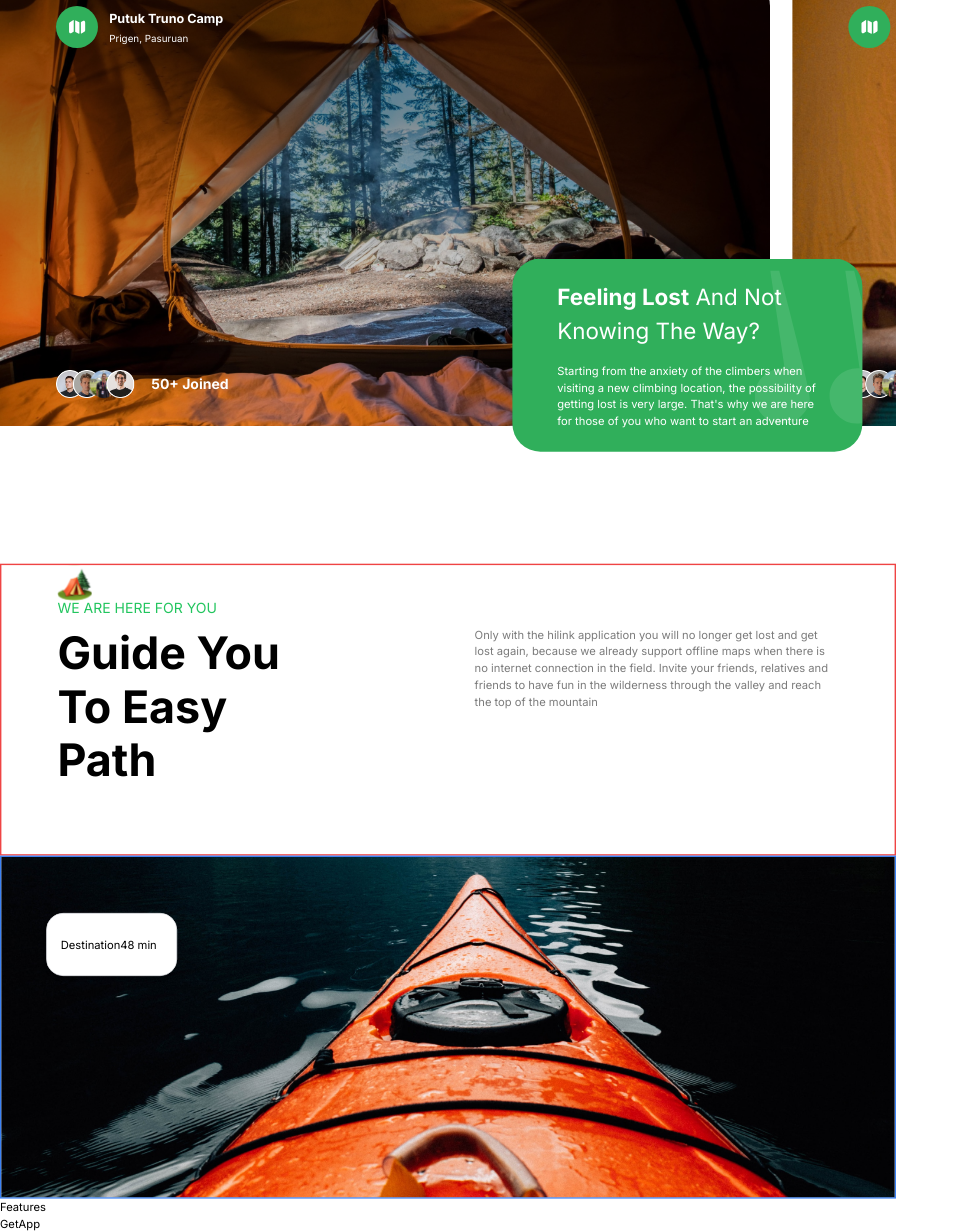
Repository: abdulrahmanmahmood/Travel-App
Page: /
The author's editor kept a copy of each file at every save. The page is drawn from the files as they stood at one save, then again after a run of saves.
The browser window is 1280 px wide. The page is 1392 px wide, so the pictures cover 1392 px, including what lies to the right of the window. The pictures show the part of the page from y = 966 to 2726 px (the page is 2726 px tall), at 70% of full size.
The project was rebuilt for these pictures with package versions that can differ from the ones it lists, and the page was loaded fresh each time. The framework's server and built-in components were replaced by stand-ins that run in the browser. Also part of the build but not shown: next.config.js.

Above is the page before, as saved 2023-11-08 11:08:18.

### app/layout.tsx
import './globals.css'
import type { Metadata } from 'next';
import './globals.css'
import Navbar from '@/components/Navbar';


export const metadata: Metadata = {
  title: 'Travel',
  description: 'Travel UI/UX App for camping',
}

export default function RootLayout({
  children,
}: {
  children: React.ReactNode
}) {
  return (
    <html lang="en">
      <body >
        <Navbar/>
        {children}
      </body>
    </html>
  )
}

### app/page.tsx
import Features from "@/components/Features"
import GetApp from "@/components/GetApp"
import Guide from "@/components/Guide"
import Hero from "@/components/Hero"
import Camp from "@/components/camp"

export default function Home() {
  return (
    <>
    <Hero/>
    <Camp/>
    <Guide/>
    <Features/>
    <GetApp/>
 </>
  )
}

### components/Navbar.tsx
import { NAV_LINKS } from "@/constants";
import Image from "next/image";
import Link from "next/link";
import Button from "./Button";

const Navbar = () => {
  return (
    <nav
      className=" flexBetween max-container padding-container relative z-30
    py-5"
    >
      <Link href="/">
        <Image src="/hilink-logo.svg" alt="logo" width={74} height={28} />
      </Link>
      <ul className="hidden h-full gap-12 lg:flex">
        {NAV_LINKS.map((link) => (
          <Link
            href={link.href}
            key={link.key}
            className="regular-16 text-gray-50 flexCenter cursor-pointer pb-1.5 transition-all hover:font-bold"
          >
            {link.label}
          </Link>
        ))}
      </ul>
      <div className="lg:flexCenter  hidden ">
        <Button
          type="button"
          title="Login"
          icon="/user.svg"
          variant="btn_dark_green"
        />
      </div>
      <Image
        src="/menu.svg"
        alt="menu"
        width={32}
        height={32}
        className="inline-block cursor-pointer lg:hidden"
      />
    </nav>
  );
};

export default Navbar;

### components/Features.tsx


function Features() {
  return (
    <div>Features</div>
  )
}

export default Features

### components/GetApp.tsx


function GetApp() {
  return (
    <div>GetApp</div>
  )
}

export default GetApp

### components/Guide.tsx
import Image from "next/image";

function Guide() {
  return (
    <section className="flexCenter flex-col">
      <div className="border-2 border-red-500 padding-container max-container w-full pb-24  ">
        <Image src="/camp.svg" alt="camp" width={50} height={50} />
        <p className="uppercase text-xl bold text-green-500 -mt-1 mb-3 ">
          WE ARE here FOR YOU
        </p>
        <div className="flex flex-wrap justify-between gap-5 lg:gap-10">
          <h2 className="capitalize  bold-40 lg:bold-64 xl:max-w-[390px]">
            Guide You to Easy Path
          </h2>
          <p className=" regular-16 text-gray-30 xl:max-w-[520px]">
            Only with the hilink application you will no longer get lost and get
            lost again, because we already support offline maps when there is no
            internet connection in the field. Invite your friends, relatives and
            friends to have fun in the wilderness through the valley and reach
            the top of the mountain
          </p>
        </div>
      </div>
      <div className=" flexCenter max-container relative w-full border-2 border-blue-500 ">
        <Image
          src="/boat.png"
          alt="image"
          width={1440}
          height={580}
          className="w-full object-cover object-center 2xl:rounded-5"
        />
        <div className="absolute flex bg-white py-8 pl-5 pr-7 gap-3 rounded-3xl border shadow-md md:left-[5%] lg:top-20">
          <div className="flexBetween flex-col ">
            <div className="flex w-full flex-col">
              <div className="flexBetween w-full ">
                <p>Destination</p>
                <p>48 min</p>
              </div>
            </div>
          </div>
        </div>
      </div>
    </section>
  );
}

export default Guide;

### components/Hero.tsx
import Image from "next/image";
import Button from "./Button";

function Hero() {
  return (
    <section
      className="max-container padding-container flex flex-col gap-20
    py-10 pb-32 md:gap-27 lg:py-20  xl:flex-row"
    >
      <div className="hero-map" />
      {/* LEFT */}
      <div className="relative z-20 flex flex-1 flex-col xl:w-1/2">
        <Image
          src="/camp.svg"
          alt="camp"
          width={50}
          height={50}
          className="absolute left-[-5px] top-[-30px] w-10 lg:w-[50px]"
        />
        <h1 className="bold-52 lg:bold-88">Putuk Truno Camp Area</h1>
        <p className="regular-16 mt-6 text-gray-30 xl:max-w-[520px]">
          We want to be on each of your journeys seeking the satisfaction of
          seeing the incorruptible beauty of nature. We can help you on an
          adventure around the world in just one app
        </p>
        <div className="my-11 flex flex-wrap gap-5">
          <div className="flex items-center gap-2">
            {Array(5)
              .fill(1)
              .map((_, index) => (
                <Image
                  key={index}
                  src="/star.svg"
                  alt="star"
                  width={24}
                  height={24}
                />
              ))}
          </div>
          <p className="bold-16 lg:bold-20 text-blue-70">
            198k
            <span className="regular-16 lg:regular-20 ml-1 ">
              Excellent Reviews
            </span>
          </p>
        </div>
        <div className="flex flex-col w-full gap-3 sm:flex-row">
          <Button
            type={"button"}
            title={"Download App"}
            variant={"btn_green"}
          />
          <Button
            type={"button"}
            title={"How we work?"}
            variant={"btn_white_text"}
            icon="/play.svg"
          />
        </div>
      </div>
      <div className="relative flex flex-1 items-start ">
        <div className="relative z-20 w-[268px] flex-col gap-8 rounded-3xl bg-green-90 px-7 py-8">


          <div className="fle flex-col">

            <div className="flexBetween">
              <p className="regular-16 text-gray-20">Location</p>
              <Image src="/close.svg" alt="close" width={24} height={24} />
            </div>
            <p className="bold-20 text-white">Aguas Calientes</p>


          </div>


          <div className="flexBetween  pt-4">
            <div className="flex flex-col">
              <p className="regular-16 block text-gray-20">Distance</p>
              <p className="bold-20 text-white">173.28 mi</p>
            </div>
            <div className="flex flex-col">
              <p className="regular-16 block text-gray-20">Elevation</p>
              <p className="bold-20 text-white">2.040 km</p>
            </div>
          </div>
        </div>
      </div>
    </section>
  );
}

export default Hero;

### components/camp.tsx
import { PEOPLE_URL } from "@/constants";
import Image from "next/image";
import { type } from "os";

interface CampProps {
  backgroundImage: string;
  title: string;
  subtitle: string;
  peoplejoined: string;
}

const CampSite = ({
  backgroundImage,
  title,
  subtitle,
  peoplejoined,
}: CampProps) => {
  return (
    <div
      className={`h-full w-full min-w-[1100px] ${backgroundImage} bg-cover bg-no-repeat lg:rounded-r-5xl 2xl:rounded-5xl `}
    >
      <div className="flex h-full flex-col items-start justify-between p-6 lg:px-20 lg:py-10 ">
        <div className=" flexCenter gap-4">
          <div className="rounded-full bg-green-50 p-4">
            <Image src="/folded-map.svg" alt="folded" height={28} width={28} />
          </div>
          <div className="flex flex-col gap-1">
            <h4 className="bold-18 text-white">{title}</h4>
            <p className="regular-14 text-white">{subtitle}</p>
          </div>
        </div>
        <div className="flexCenter gap-6 ">
          <span className="flex -space-x-4 overflow-hidden">
            {PEOPLE_URL.map((url, index) => (
              <Image
                src={url}
                key={index}
                height={53}
                width={53}
                alt="alt"
                className="inline-block h-10 w-10 r-4"
              />
            ))}
          </span>
          <p className="bold-16 md:bold-20 text-white">{peoplejoined}</p>
        </div>
      </div>
    </div>
  );
};

function camp() {
  return (
    <section className=" 2xl:max-container relative flex flex-col py-10 lg-mb-10 lg:py-20 xl:mb-20">
      <div className="hide-scrollbar flex h-[340px] w-full items-start justify-start gap-8 overflow-x-auto lg:h[400px] xl:h-[640px]">
        <CampSite
          backgroundImage="bg-bg-img-1"
          title="Putuk Truno Camp"
          subtitle="Prigen, Pasuruan"
          peoplejoined="50+ Joined"
        />
        <CampSite
          backgroundImage="bg-bg-img-2"
          title="Mountain View Camp"
          subtitle="Somewhere in the Wilderness"
          peoplejoined="50+ Joined"
        />
      </div>

      <div className=" flexEnd  mt-10 px-6 lg:-mt-60 lg:mr-6 ">
        <div
          className="bg-green-50 p-8 lg:max-w-[500px] xl:max-[734px]
        xl:rounded-5xl xl:px-16 px:py-20 relative w-full overflow-hidden rounded-3xl "
        >
          <h2 className="regular-24 md:regular-32 2xl:regular-64 text-white capitalize">
            <strong>Feeling Lost</strong> And Not Knowing The Way?
          </h2>
          <p className="regular-14 xl:regular-16 mt-5 text-white">
            Starting from the anxiety of the climbers when visiting a new
            climbing location, the possibility of getting lost is very large.
            That's why we are here for those of you who want to start an
            adventure
          </p>
          <Image src='/quote.svg'
          alt="camp-2"
          width={186}
          height={219}
          className="camp-quote"
          />
        </div>
      </div>
    </section>
  );
}

export default camp;

### constants/index.ts
export const NAV_LINKS = [
  {href:"/", key:"home", label:"home"},
  { href: '/', key: 'how_hilink_work', label: 'How Hilink Work?' },
  { href: '/', key: 'services', label: 'Services' },
  { href: '/', key: 'pricing ', label: 'Pricing ' },
  { href: '/', key: 'contact_us', label: 'Contact Us' },
]

export const PEOPLE_URL = [
  '/person-1.png',
  '/person-2.png',
  '/acpc-modified (1).png',
  '/person-4.png',
];

### components/Button.tsx
import Image from "next/image";

type ButtonProps = {
  type: "button" | "submit";
  title: string;
  icon?: string;
  variant: string;
};

function Button({ type, title, icon, variant }: ButtonProps) {
  return (
    <button
      type={type}
      className={`flexCenter gap-3 rounded-full border ${variant}`}
    >
      {icon && <Image src={icon} alt={title} width={24} height={24} />}
      <label className="bold-16 whitespace-nowrap">{title}</label>
    </button>
  );
}

export default Button;

Loaded but not shown: app/globals.css (common file); tailwind.config.ts (common file)

After the next 2 saves:
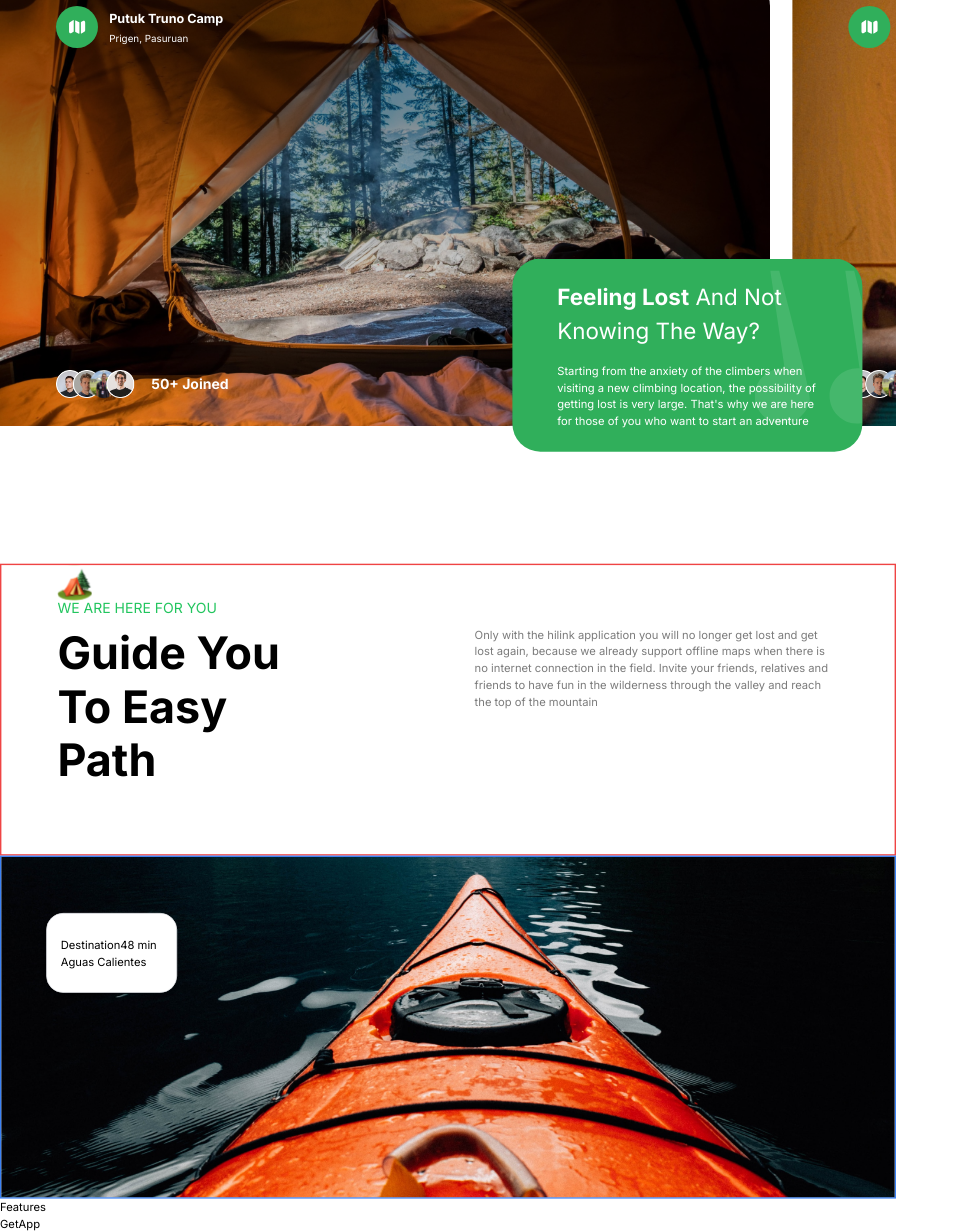
The 2 saves are shown as one change because they came seconds apart.
The last was saved 26 s later.
--- a/components/Guide.tsx
+++ b/components/Guide.tsx
@@ -36,6 +36,7 @@ function Guide() {
                 <p>Destination</p>
                 <p>48 min</p>
               </div>
+              <p>Aguas Calientes</p>
             </div>
           </div>
         </div>
